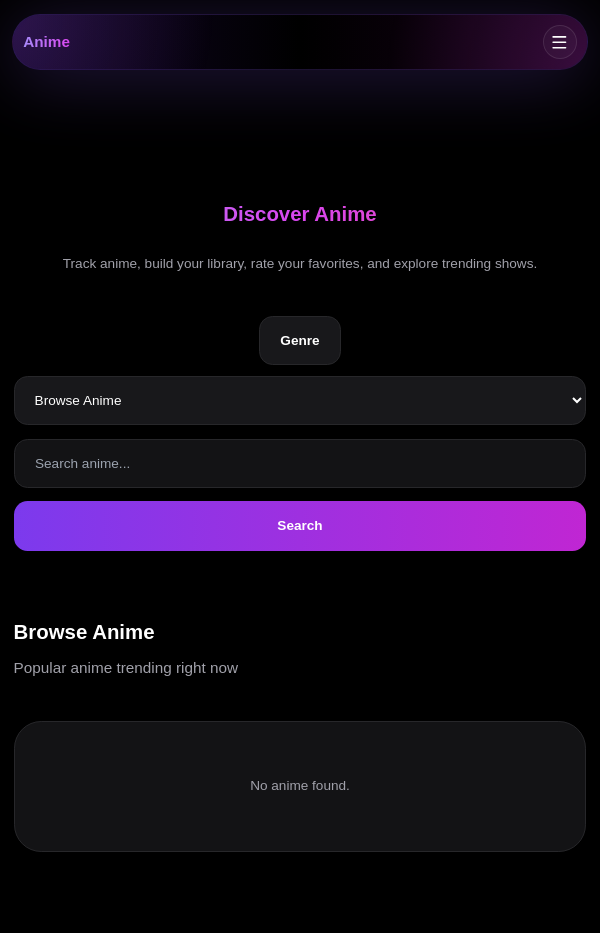
Repository: Maykal-Projects/Otakuflow
Page: /
An editor plug-in stored every save of this project. The page is shown before and after the next save, followed by the edit.
The browser window is 600 px wide. The pictures show the whole page.
The page's requests for data from a server got no answer. The project was rebuilt for these pictures with package versions that can differ from the ones it lists, and the page was loaded fresh each time. The framework's server and built-in components were replaced by stand-ins that run in the browser. No one was signed in, and anything a server would have sent is missing. Also part of the build but not shown: next.config.ts, components/AnimeCard.tsx.

Above is the page before, as saved 2026-05-30 21:16:19.

After the next save:
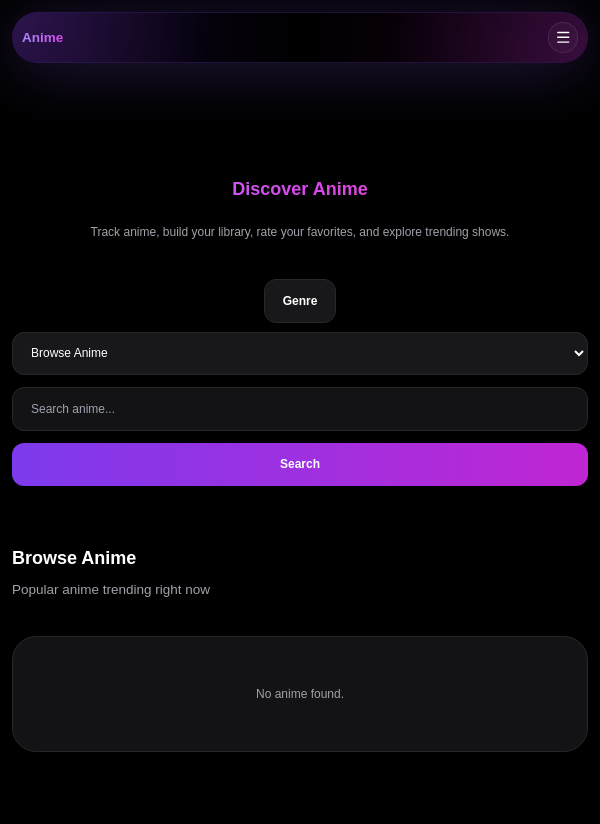
Saved 64 s later.
--- a/app/globals.css
+++ b/app/globals.css
@@ -34,7 +34,7 @@
 @media (max-width: 640px) {
 
   html {
-    zoom: 0.85;
+    zoom: 0.75;
   }
 
 }

After the save that followed:
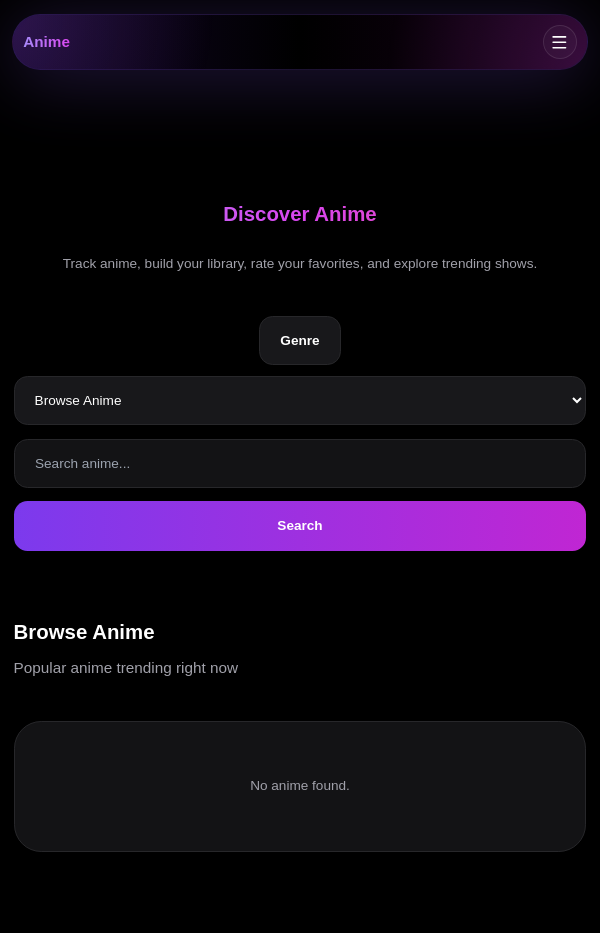
Saved 17 s later.
--- a/app/globals.css
+++ b/app/globals.css
@@ -34,7 +34,7 @@
 @media (max-width: 640px) {
 
   html {
-    zoom: 0.75;
+    zoom: 0.85;
   }
 
 }
